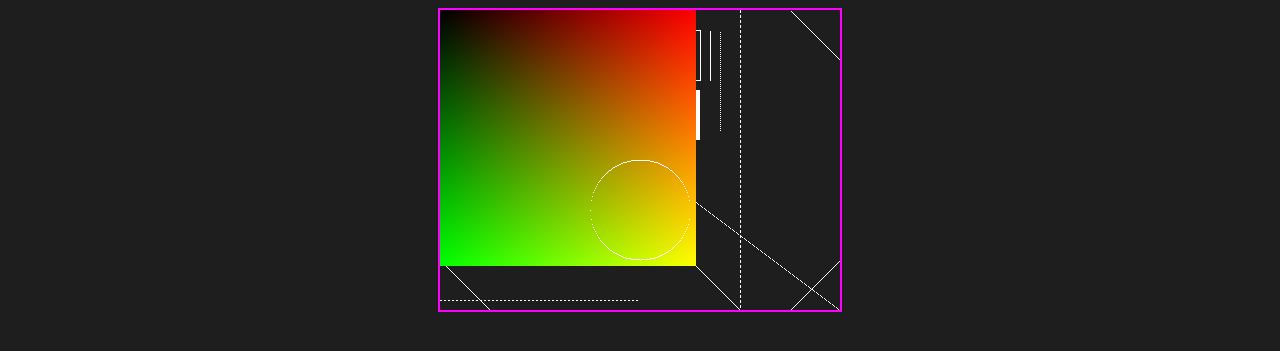
Repository: StarLightGX/miao
Page: paint.html
These files come from the project's save history. The page is drawn as it stood at one moment and after the next save; the edit follows.
The browser window is 1280 px wide. The pictures show the whole page.

Above is the page before, as saved 2020-11-13 16:24:16.

### paint.html
<!DOCTYPE html>
<html lang="en">
  <head>
    <meta charset="UTF-8" />
    <title>画图</title>
    <style>
      html {
        background-color: rgb(30, 30, 30);
      }
      canvas {
        border: 2px solid #f0f;
        display: block;
        margin: auto;
      }
    </style>
  </head>
  <body>
    <canvas width="400" height="300"></canvas>
  </body>
  <script>
    var canvas = document.querySelector("canvas");
    canvas.style.imageRendering = "pixelated";
    var ctx = canvas.getContext("2d");

    function dot(x, y, color = "white") {
      x = x | 0;
      y = y | 0;
      ctx.fillStyle = color;
      ctx.fillRect(x, y, 1, 1);
    }

    function line(x1, y1, x2, y2) {
      ctx.strokeStyle = "black";
      ctx.moveTo(x1, y1);
      ctx.lineTo(x2, y2);
      ctx.stroke();
    }
    /**
   * YOUR TASK
画图的题：
画一条实线
画一条一个实点一个空点的虚线
画一条两个实点两个空点的虚线
画一条三个实点两个空点的虚线
画一条45度的斜线
画一条30度的斜线（选做）
在四个角画分别画一条45度的斜线以让画面看起来像一个相框
画一条跨越画布左上角和右下角的对角线
画一个空心矩形
画一个实心矩形
画一个rgb色彩空间的某一面
画一个空心的圆
画一个实心的圆
画一个大小合适的sin(x)的图像
   */
  </script>
  <script>
    // YOUR CODE GOES BELOW
    var x = 1;
    var y = 1;
    var i = 0;

    // 画一条实线
    y = 20;
    for (i = 0; i < 50; i++) {
      y = y + 1;
      x = 270;
      dot(x, y);
    }

    // 画一条一个实点一个空点的虚线
    y = 20;
    for (i = 0; i < 50; i++) {
      y = y + 2;
      x = 280;
      dot(x, y);
    }

    // 画一条两个实点两个空点的虚线
    for (var x = 0; x < 200; x++) {
      if (x % 4 < 2) {
        dot(x, 290);
      }
    }

    // for (i = 0; i < 50; i++) {
    //   y = 4 * (i + 1);
    //   x = 290;
    //   dot(x, y);
    // }

    // for (i = 0; i < 50; i++) {
    //   y = 4 * (i + 1) + 1;
    //   x = 290;
    //   dot(x, y);
    // }

    // 画一条三个实点两个空点的虚线

    for (i = 0; i < 100; i++) {
      y = 5 * (i + 1);
      x = 300;
      dot(x, y - 10);
    }

    for (i = 0; i < 100; i++) {
      y = 5 * (i + 1) + 1;
      x = 300;
      dot(x, y - 10);
    }

    for (i = 0; i < 100; i++) {
      y = 5 * (i + 1) + 2;
      x = 300;
      dot(x, y - 10);
    }

    // 画一条45度的斜线
    y = 0;
    for (i = 0; i < 1050; i++) {
      y = y + 1;
      x = y;
      dot(x, y);
    }
    // 画一条30度的斜线（选做）
    for (var x = 0; x < 200; x++) {
      var y = x / Math.sqrt(3);
      dot(x, y);
    }

    // 在四个角画分别画一条45度的斜线以让画面看起来像一个相框
    y = 0;
    for (i = 0; i < 1050; i++) {
      y = y + 1;
      x = y;
      dot(x - 250, y);
    }
    y = 0;
    for (i = 0; i < 1050; i++) {
      y = y + 1;
      x = y;
      dot(x + 350, y);
    }
    y = 0;
    for (i = 0; i < 1050; i++) {
      y = y + 1;
      x = -y;
      dot(x + 50, y);
    }
    y = 0;
    for (i = 0; i < 1050; i++) {
      y = y + 1;
      x = -y;
      dot(x + 650, y);
    }

    // 画一条跨越画布左上角和右下角的对角线
    y = 0;
    for (i = 0; i < 500; i++) {
      y = y + 1;
      x = (4 / 3) * y;
      dot(x, y);
    }
    // 画一个空心矩形
    y = 20;
    for (i = 0; i < 50; i++) {
      y = y + 1;
      x = 260;
      dot(x, y);
    }
    y = 20;
    for (i = 0; i < 50; i++) {
      y = y + 1;
      x = 230;
      dot(x, y);
    }
    y = 20;
    for (i = 0; i < 31; i++) {
      y = y + 1;
      x = 30;
      dot(y + 209, x - 10);
    }
    y = 20;
    for (i = 0; i < 31; i++) {
      y = y + 1;
      x = 30;
      dot(y + 209, x + 40);
    }
    // 画一个实心矩形

    for (x = 230; x < 260; x++) {
      for (y = 80; y < 130; y++) {
        dot(x, y);
      }
    }

    // 画一个rgb色彩空间的某一面
    for (x = 0; x < 256; x++) {
      for (y = 0; y < 256; y++) {
        dot(x, y, "rgb" + "(" + x + "," + y + "," + 0 + ")");
      }
    }
    // 画一个空心的圆
    var r = 50;

    for (x = -50; x < 50; x++) {
      y = Math.sqrt(r * r - x * x);
      dot(x + 200, y + 200);
      dot(x + 200, -y + 200);
    }
    // 画一个实心的圆

    // 画一个大小合适的sin(x)的图像
    y = 30;
    x = 30;
  </script>
</html>

After the next save:
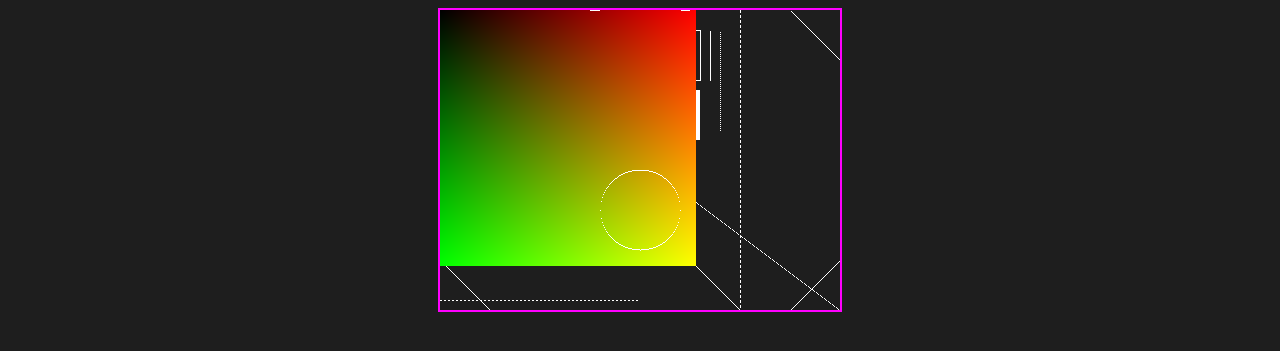
Saved 5 s later.
--- a/paint.html
+++ b/paint.html
@@ -201,7 +201,7 @@
       }
     }
     // 画一个空心的圆
-    var r = 50;
+    var r = 40;
 
     for (x = -50; x < 50; x++) {
       y = Math.sqrt(r * r - x * x);
